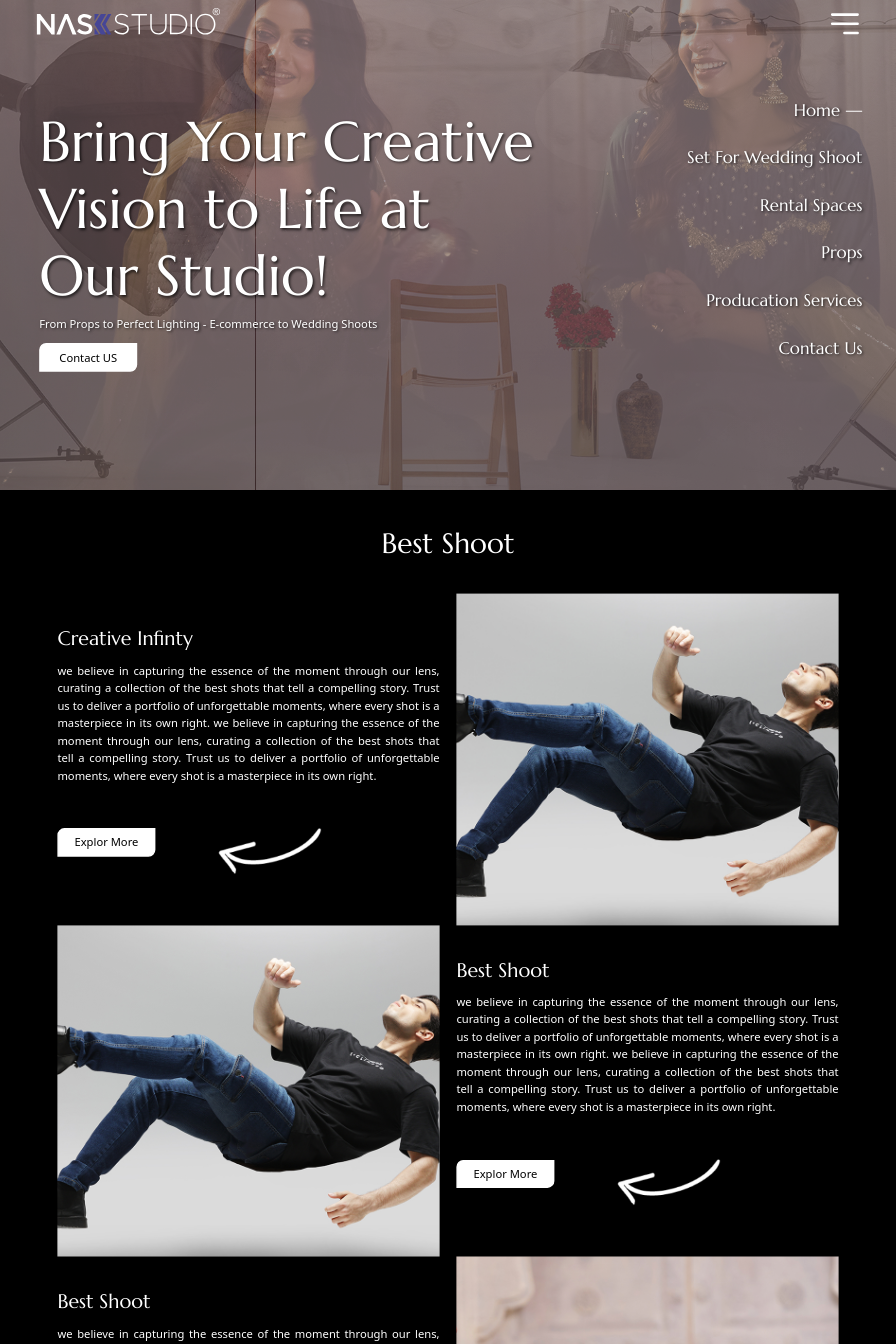
Repository: sagheerNaskSoft/nask-studio-sec-phase
Page: /
The author's editor kept a copy of each file at every save. The page is drawn from the files as they stood at one save, then again after the next save.
The browser window is 1280 px wide. The pictures show the part of the page from y = 0 to 1920 px (the page is 4302 px tall), at 70% of full size.
Backgrounds fixed to the window are drawn as part of the page. The project was rebuilt for these pictures with package versions that can differ from the ones it lists, and the page was loaded fresh each time. Also part of the build but not shown: src/Pages/About.js, src/Component/NavFooter/NavBar.js, src/Component/WeddingSets/Banner.js, src/Component/WeddingSets/StudioSection.js, src/Pages/WeddingSets.js, src/Component/ProductionService/Form1.js, src/Component/ProductionService/Form2.js, src/Component/ProductionService/Form3.js and 12 more.

Above is the page before, as saved 2025-01-31 14:39:38.

After the next save:
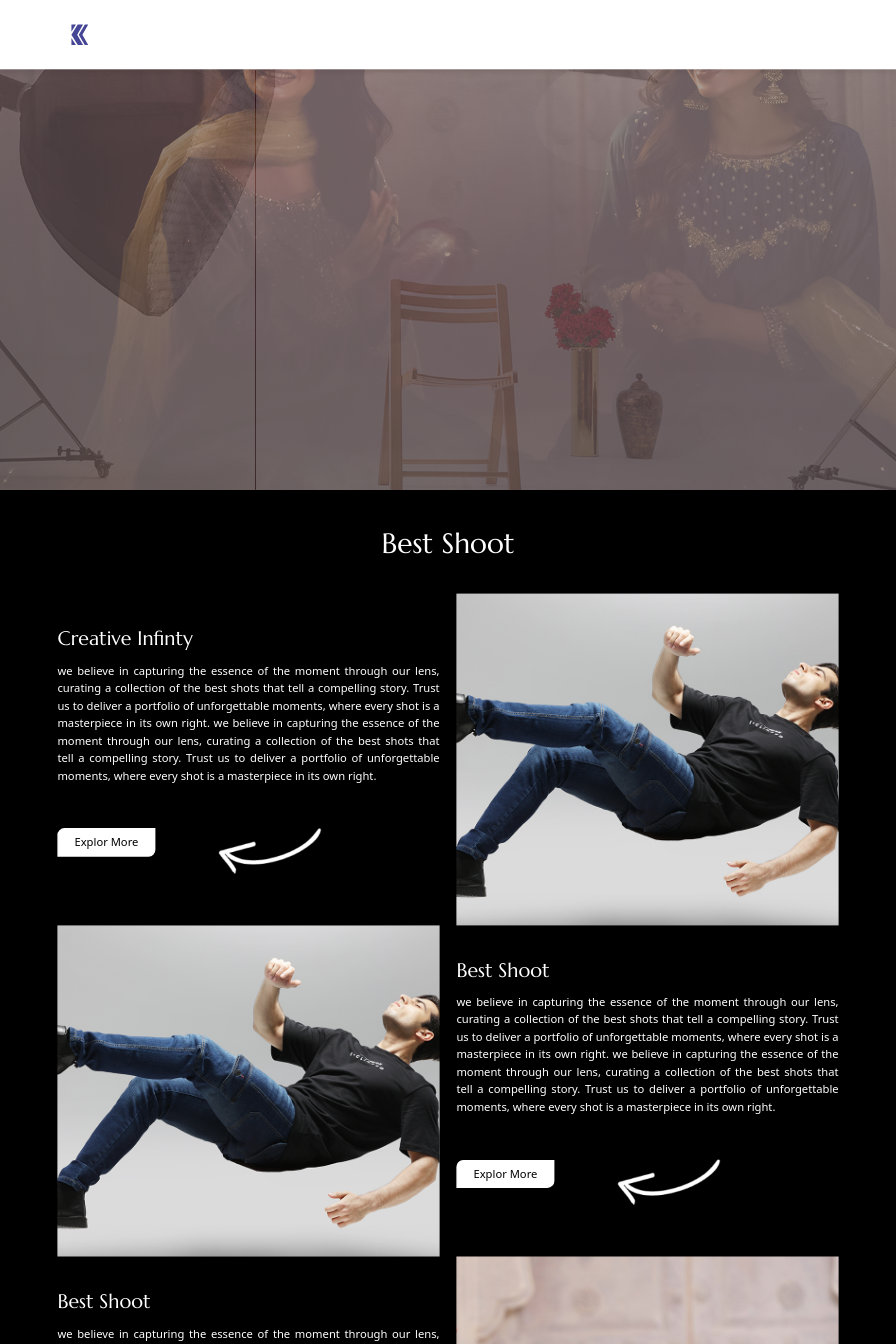
Saved 4 min 52 s later.
--- a/src/App.css
+++ b/src/App.css
@@ -644,6 +644,37 @@ position: relative;
 display: none;
 }
 
+.text-overlay {
+  position: absolute;
+  top: -100%;
+  left: 0;
+  width: 100%;
+  background-color: white;
+  transition: top 0.3s ease-in-out;
+  z-index: 10;
+  padding: 20px;
+  box-shadow: 0px 4px 6px rgba(0, 0, 0, 0.1);
+}
+
+.text-overlay.open {
+  top: 0;
+}
+
+.home-bar {
+  display: flex;
+  justify-content: space-between;
+  align-items: center;
+  padding: 15px;
+  background-color: white;
+  box-shadow: 0px 2px 10px rgba(0, 0, 0, 0.1);
+}
+
+.icons {
+  font-size: 24px;
+  cursor: pointer;
+}
+
+
 @media (max-width: 600px) {
   .text-overlay h1 {
     font-size: 28px;
